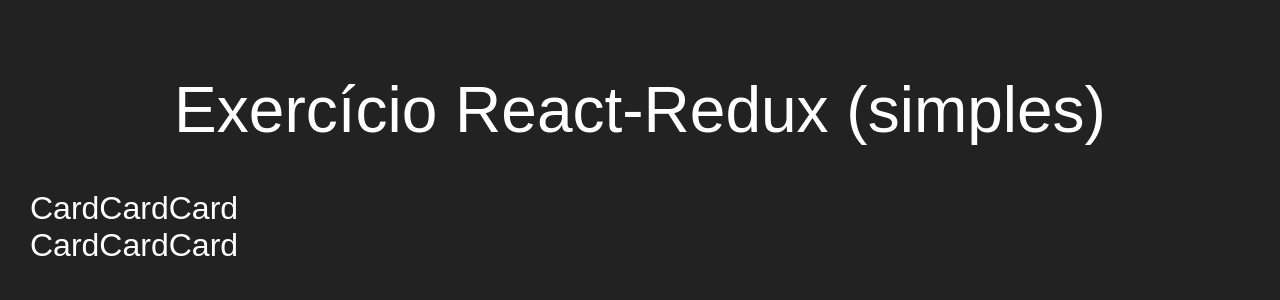
Repository: Henrique-Franca/Clear-Redux-Simples
Page: /
An editor plug-in stored every save of this project. The page is shown before and after the next save, followed by the edit.
The browser window is 1280 px wide. The pictures show the whole page.
The project was rebuilt for these pictures with package versions that can differ from the ones it lists, and the page was loaded fresh each time. Also part of the build but not shown: src/components/Card.css.

Above is the page before, as saved 2022-11-21 11:36:09.

### src/index.css
body{
  background-color: #222;
  font-size: 2rem;
  font-family: Arial, Helvetica, sans-serif;
  color: #fff;
  margin: 30px;
}

### src/App.js
import logo from './logo.svg';
import './App.css';
import Card from './components/Card';

function App() {
  return (
    <div className="App">
      <h1>Exercício React-Redux (simples)</h1>

      <div className='linha'>
        <Card></Card>
        <Card></Card>
        <Card></Card>
      </div>
      <div className='linha'>
        <Card></Card>
        <Card></Card>
        <Card></Card>
      </div>

    </div>
  );
}

export default App;

### src/App.css
.App{
  display: flex;
  flex-direction: column;
  text-align: center;
}

h1{
  font-weight: 200;
}

.linha{
  display: flex;
}

### src/components/Card.jsx
import './Card.css'
import React from 'react'

export default props=>{

    return (
        <div>Card</div>
    )

}

Loaded but not shown: public/index.html (common file); src/index.js (common file); src/reportWebVitals.js (common file)

After the next save:
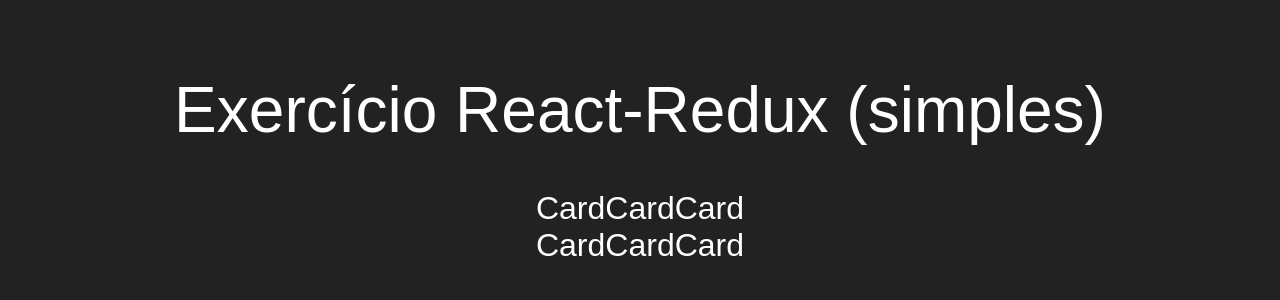
Saved 38 s later.
--- a/src/App.css
+++ b/src/App.css
@@ -1,7 +1,7 @@
 .App{
   display: flex;
   flex-direction: column;
-  text-align: center;
+  align-items: center;
 }
 
 h1{
